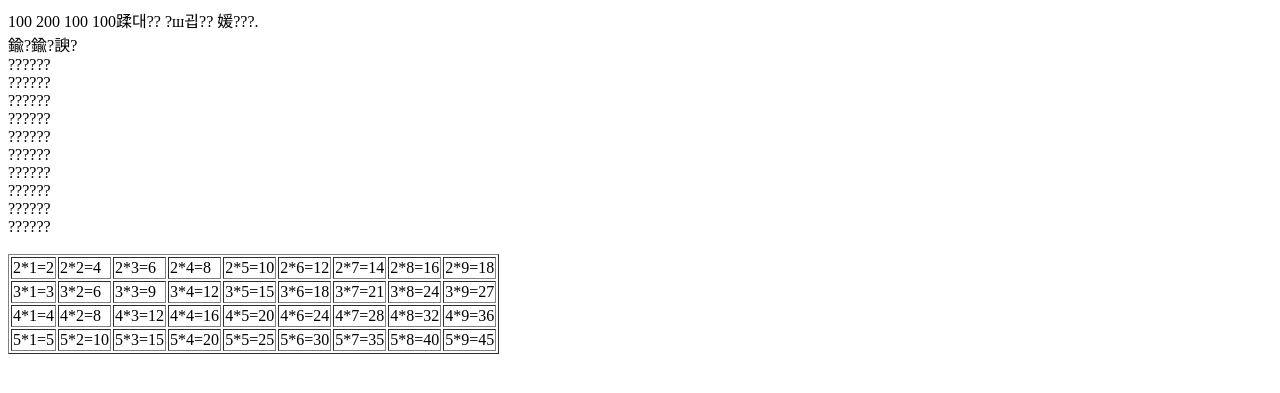
Repository: lee010207/HTML-CSS-JS
Page: http://localhost/EL_JSTL/jstlTest.jsp
An editor plug-in stored every save of this project. The page is shown before and after the next save, followed by the edit.
The browser window is 1280 px wide. The pictures show the whole page.
The page is served by Tomcat 9.

Above is the page before, as saved 2023-09-01 03:34:58.

After the next save:
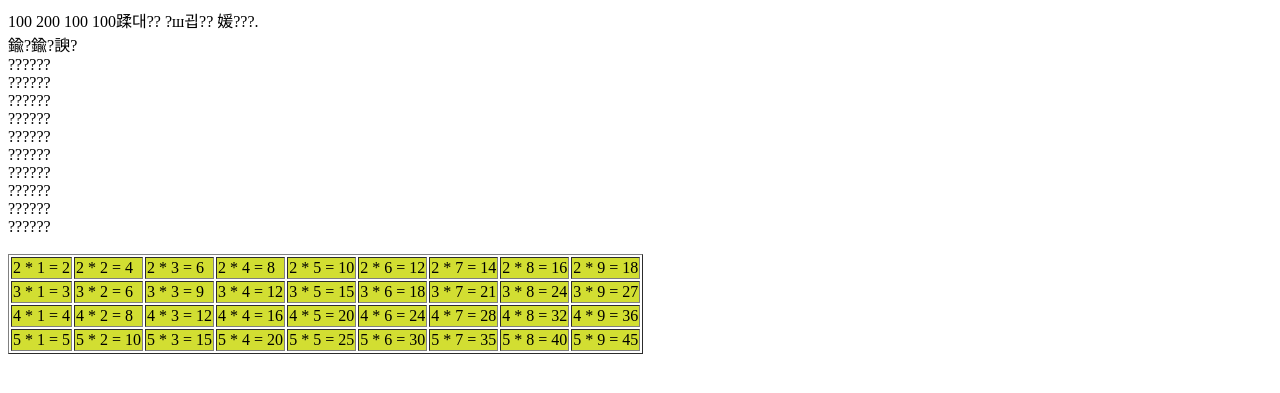
Saved 2 min 41 s later.
--- a/04. Server/EL_JSTL/src/main/webapp/jstlTest.jsp
+++ b/04. Server/EL_JSTL/src/main/webapp/jstlTest.jsp
@@ -69,11 +69,11 @@
 
 	<br>
 
-	<table border="1px">
+	<table border="1px" >
 	<c:forEach var="num1" begin="2" end="5" step="1">
-		<tr>
+		<tr bgcolor="#D2DE32">
 		<c:forEach var="i" begin="1" end="9" step="1">
-				<td>${num1 }*${i }=${num1*i }</td>
+				<td>${num1 } * ${i } = ${num1*i }</td>
 		</c:forEach>
 		</tr>
 	</c:forEach>
